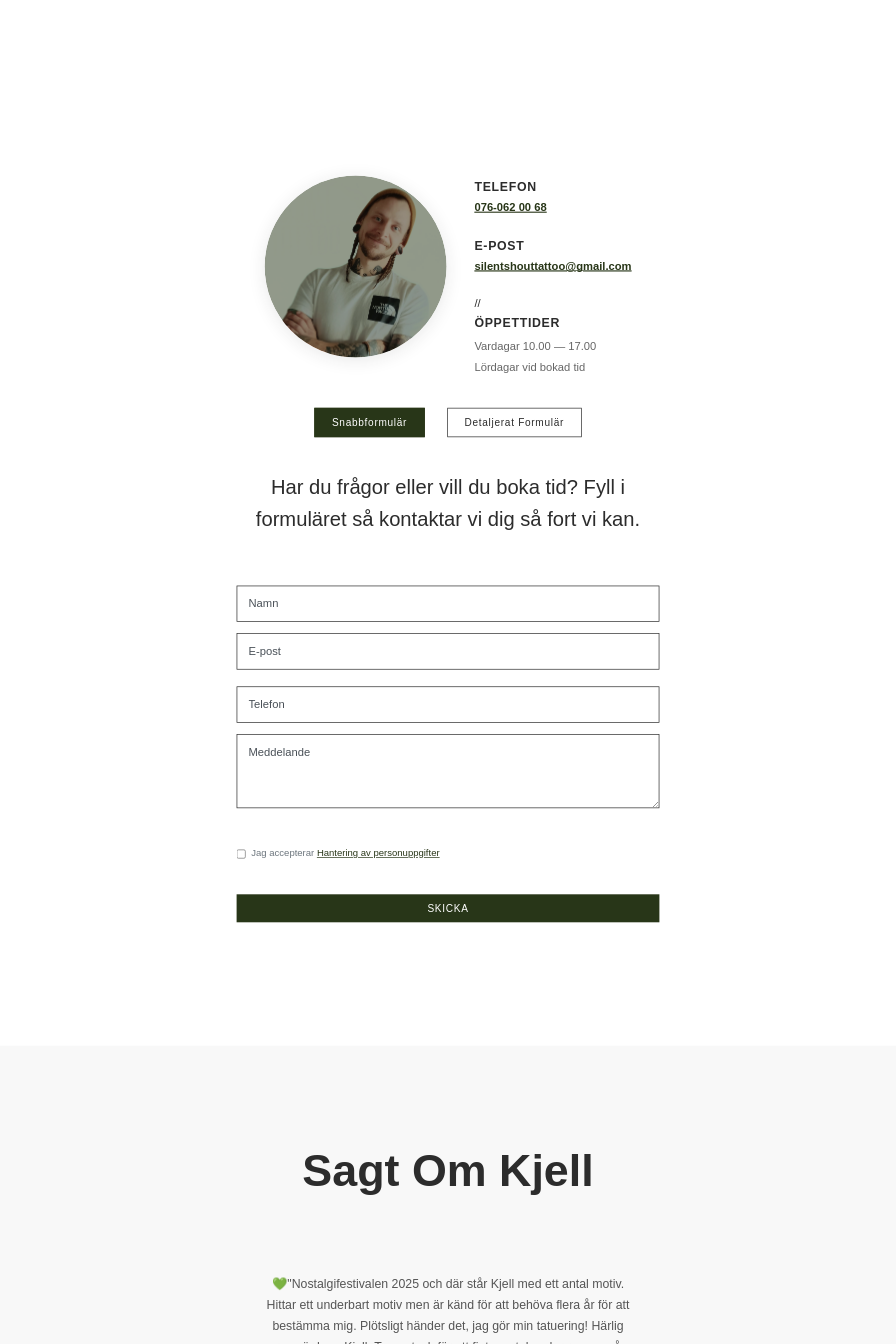
Repository: public-websites/silentshouttattoose
Page: index.html
The author's editor kept a copy of each file at every save. The page is drawn from the files as they stood at one save, then again after the next save.
The browser window is 1280 px wide. The pictures show the part of the page from y = 3832 to 5752 px (the page is 6977 px tall before and 6998 px after), at 70% of full size.

Above is the page before, as saved 2025-08-19 08:26:03.

After the next save:
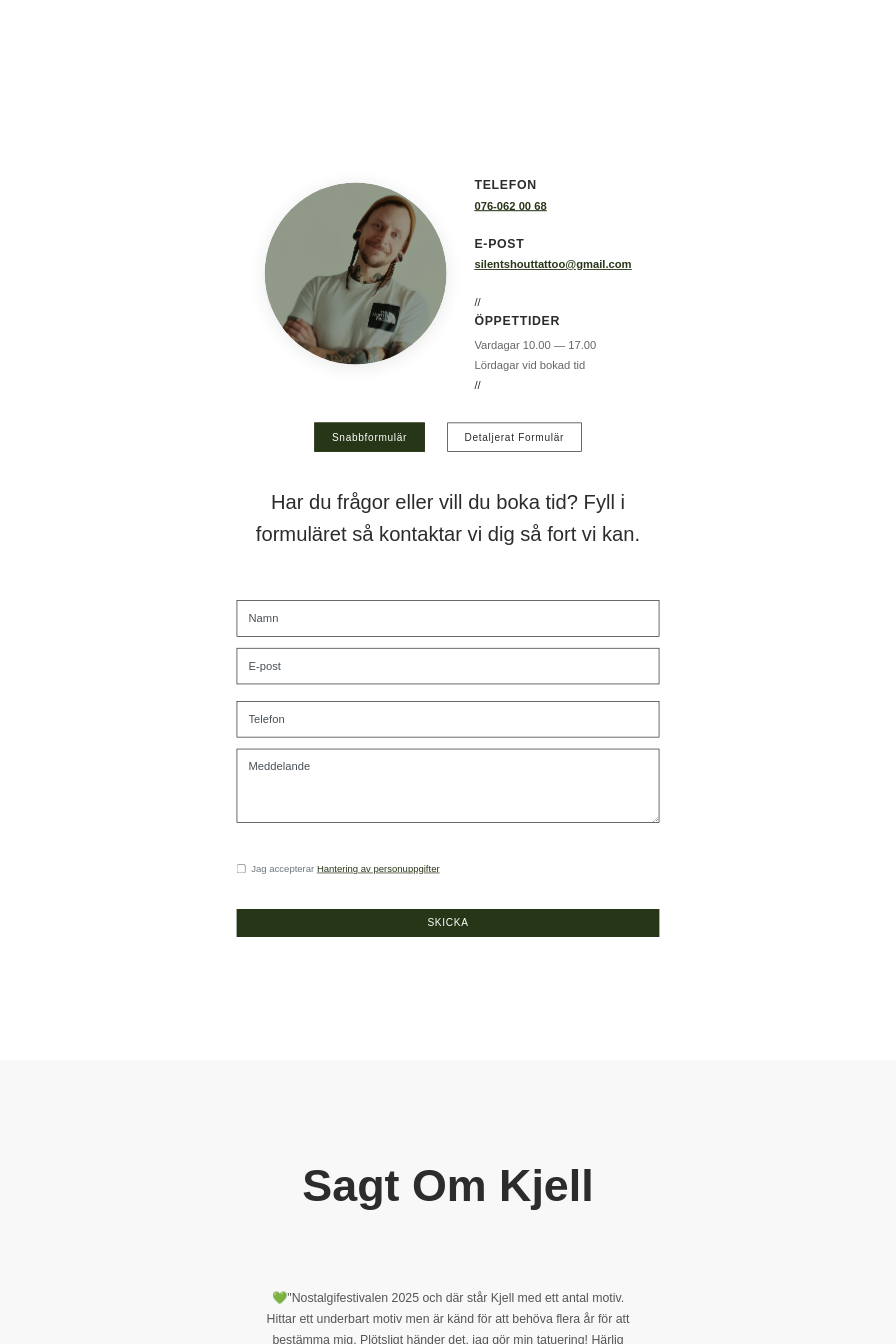
Saved 6 s later.
--- a/index.html
+++ b/index.html
@@ -146,7 +146,7 @@
                         <div class="opening-hours">
                             //<h4>Öppettider</h4>
                             <p>Vardagar 10.00 — 17.00</p>
-                            <p>Lördagar vid bokad tid</p>
+                            <p>Lördagar vid bokad tid</p>//
                         </div>
                     </div>
                 </div>
